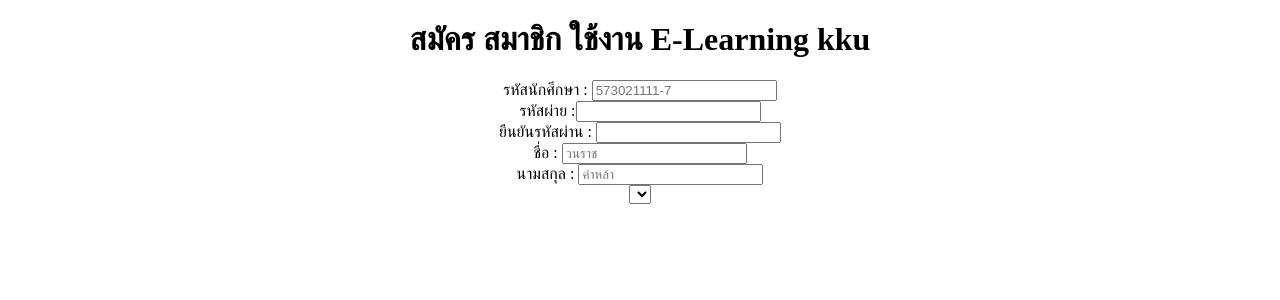
Repository: Wanaratkhamla/LabJavaWeb
Page: http://localhost/TestJoinTable/Register.jsp
An editor plug-in stored every save of this project. The page is shown before and after the next save, followed by the edit.
The browser window is 1280 px wide. The pictures show the whole page.
The page is served by Tomcat 9. Other server files are loaded and not shown. Queries for data that is not in the repository find no rows.

Above is the page before, as saved 2017-02-28 18:41:38.

### TestJoinTable/WebContent/Register.jsp
<%@page import="java.sql.SQLException"%>
<%@page import="java.sql.ResultSet"%>
<%@page import="java.sql.DriverManager"%>
<%@page import="java.sql.Statement"%>
<%@page import="java.sql.Connection"%>
<%@ page contentType="text/html; charset=utf-8" pageEncoding="utf-8"%>
<!DOCTYPE html PUBLIC "-//W3C//DTD HTML 4.01 Transitional//EN" "http://www.w3.org/TR/html4/loose.dtd">
<html>
<head>
<meta http-equiv="Content-Type" content="text/html; charset=ISO-8859-1">
<title>Insert title here</title>
</head>
<body>
	<h1 align="center">สมัคร สมาชิก ใช้งาน E-Learning kku</h1>
	<div align="center">
		<form action="Register" id="myform">
			รหัสนักศึกษา : <input type="text" name="SID"
				placeholder="573021111-7"><br> รหัสผ่าย :<input
				type="password" name="Password"> <br>ยืนยันรหัสผ่าน : <input
				type="password" name="Password1"><br> ชื่อ : <input
				type="text" name="fname" placeholder="วนราช"><br>
			นามสกุล : <input type="text" name="lname" placeholder="คำหล้า"><br>

			<%
				Connection connect = null;
				Statement s = null;

				try {
					Class.forName("com.mysql.jdbc.Driver");
					connect = DriverManager.getConnection(
							"jdbc:mysql://localhost/testjoin?characterEncoding=utf-8" + "&user=root&password=");
					s = connect.createStatement();
					String sql = "SELECT * FROM departmant";

					ResultSet depart = s.executeQuery(sql);
			%>
			<select name="department">
				<%
					while ((depart != null) && (depart.next())) {
				%>
				<option value=<%=depart.getInt("departmantID")%>><%=depart.getString("departmantName")%></option>
			</select>
			<%
				}
				} catch (Exception e) {
					// TODO Auto-generated catch block
					out.println(e.getMessage());
					e.printStackTrace();
				}

				try {
					if (s != null) {
						s.close();
						connect.close();
					}
				} catch (SQLException e) {
					// TODO Auto-generated catch block
					out.println(e.getMessage());
					e.printStackTrace();
				}
			%>
			<button type="submit">สมัครสมาชิก</button>
			<button type="button" onclick="myFunction()">Reset</button>
		</form>
	</div>
	<script>
		function myFunction() {
			document.getElementById("myForm").reset();
		}
	</script>
</body>
</html>

After the next save:
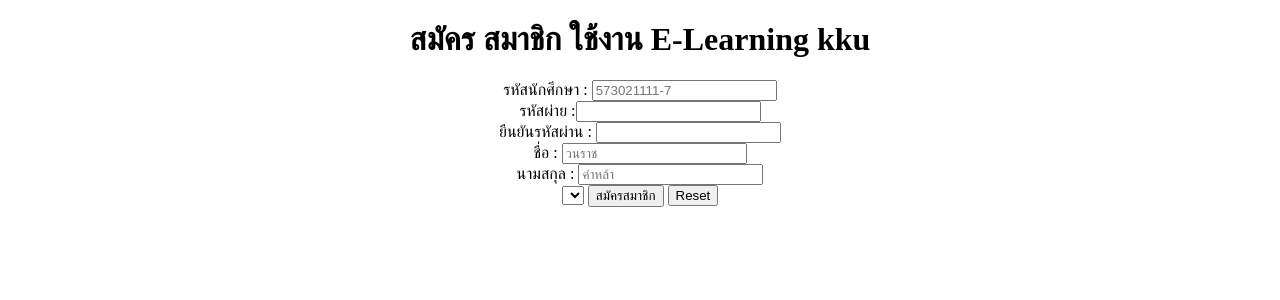
Saved 97 s later.
--- a/TestJoinTable/WebContent/Register.jsp
+++ b/TestJoinTable/WebContent/Register.jsp
@@ -39,9 +39,12 @@
 					while ((depart != null) && (depart.next())) {
 				%>
 				<option value=<%=depart.getInt("departmantID")%>><%=depart.getString("departmantName")%></option>
-			</select>
+
 			<%
 				}
+				%>
+				</select>
+				<%
 				} catch (Exception e) {
 					// TODO Auto-generated catch block
 					out.println(e.getMessage());
